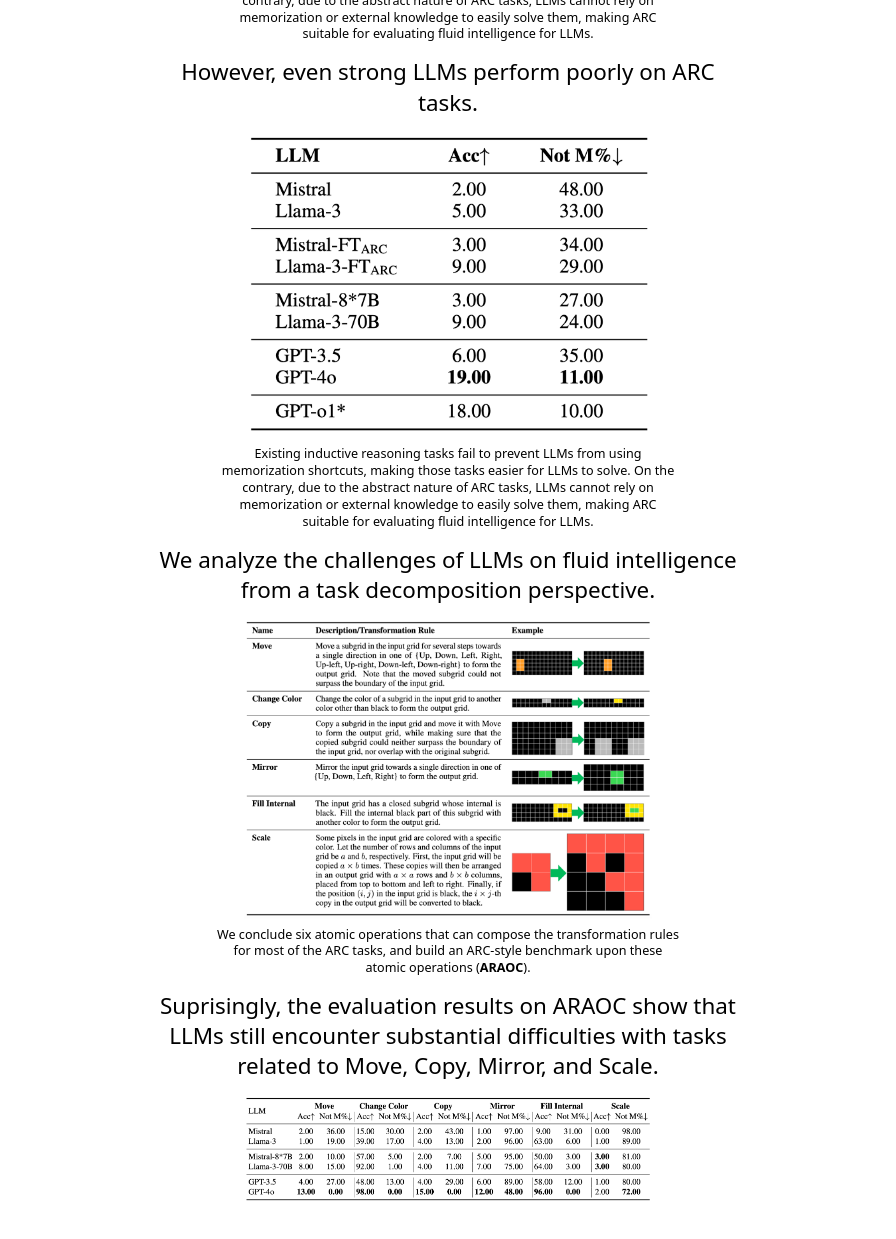
Repository: wujunjie1998/araoc-benchmark.github.io
Page: index.html
An editor plug-in stored every save of this project. The page is shown before and after the next save, followed by the edit.
The browser window is 1280 px wide. The pictures show the part of the page from y = 1197 to 3117 px (the page is 2967 px tall before and 3117 px after), at 70% of full size.

Above is the page before, as saved 2025-02-07 22:24:17.

### index.html
<html>
  <head>
    <title>
      Understanding LLMs’ Fluid Intelligence Deficiency: An Analysis of the ARC Task
    </title>
    <link
      rel="icon"
      href="data:[embedded picture, 137 characters]"
    />
    <meta charset="UTF-8" />
    <meta name="viewport" content="width=device-width, initial-scale=1" />
    <link rel="stylesheet" href="./css/index.css" />
  </head>

  <body>
    <div class="header">
      <div class="paper-title">
        Understanding LLMs’ Fluid Intelligence Deficiency:
        <br />
        An Analysis of the ARC Task
      </div>
      <div>
        <!-- * Paper -->
        <span class="link-block">
          <a target="_blank" href="./paper.pdf"
            ><img
              class="badge"
              src="https://img.shields.io/badge/Paper-PDF-red?&labelColor=lightgray&logo=arxiv&logoColor=brown" /><img
          /></a>
        </span>
        <!-- * Dataset -->
        <!--
        <span class="link-block">
          <a
            target="_blank"
            href="https://huggingface.co/datasets/ShunchiZhang/PhysiCo/"
            ><img
              class="badge"
              src="https://img.shields.io/badge/HuggingFace-Dataset-yellow?labelColor=lightgray&logo=huggingface" /><img
          /></a>
        </span>
        -->

        <!-- * Code -->
         <!--
        <span class="link-block">
          <a target="_blank" href="https://github.com/physico-benchmark/physico"
            ><img
              class="badge"
              src="https://img.shields.io/badge/GitHub-Code-gray?labelColor=lightgray&logo=github&logoColor=gray" /><img /></a
        ></span>
        -->
        <!-- * Leaderboard -->
        <!--
        <span class="link-block">
          <a href="./leaderboard.html"
            ><img
              class="badge"
              src="https://img.shields.io/badge/Leaderboard-Visit-blue?labelColor=lightgray&logo=stackblitz&logoColor=367BAF" /><img /></a
        ></span>
        -->
        <!-- * X Threads -->
        <!--
        <span class="link-block">
          <a href="https://x.com/jieeijjie/status/1876713099752861782"
            ><img
              class="badge"
              src="https://img.shields.io/badge/Threads-black?labelColor=lightgray&logo=x&logoColor=gray" /><img /></a
        ></span>
        -->

      </div>
      <div>
        <div class="author-list">
          <span class="author-block"
            ><a href="https://wujunjie1998.github.io/">Junjie Wu</a
            ><sup>1</sup></span
          >
          <span class="author-block"
            ><a href="https://sites.google.com/site/moyunlp/">Mo Yu</a
            ><sup>2</sup></span
          >
          <span class="author-block"
            ><a href="https://lemaoliu.github.io">Lemao Liu</a
            ><sup>2</sup></span
          >
          <span class="author-block"
            ><a href="https://sites.google.com/view/dyyeung">Dit-Yan Yeung</a
            ><sup>1</sup></span
          >
          <span class="author-block"
            ><a href="https://openreview.net/profile?id=~Jie_Zhou8">Jie Zhou</a
            ><sup>2</sup></span
          >
        </div>
        <div class="inst-list">
          <span class="institution-block"><sup>1</sup> Hong Kong University of Science and Technology</span>
          <span class="institution-block"><sup>2</sup> WeChat AI</span>
        </div>
      </div>
    </div>
    <!--
    <div class="teaser">
      <center>
        <img src="./img/teaser.png" />
        <figcaption>
          Illustration of a "Stochastic Parrot 🦜" by our
          <span class="dataset-name">PhysiCo</span> task consisting of both
          <b style="color: #a47b48">low-level</b> and
          <b style="color: #153cf9">high-level</b> subtasks in parallel. For a
          concept <i>Gravity</i>, an LLM can generate its accurate description
          in natural language, but cannot interpret its grid-format
          illustration.
        </figcaption>
      </center>
    </div>
  -->
    <hr />

    <!-- ^ Summary of Our Research -->
    <center><h1>Summary of Our Research</h1></center>
    <div class="content">
      <!-- <p style="font-size: large; text-align: center">
        <b>TL;DR:</b>
      </p> -->
      <p>
        While LLMs have exhibited strong performance on various NLP tasks, it is noteworthy that most of these tasks rely on utilizing the vast amount of knowledge encoded in LLMs’ parameters, rather than solving new problems without prior knowledge. In cognitive research, the latter ability is referred to as <strong>fluid intelligence</strong>, which is considered to be critical for assessing human intelligence. Recent research on fluid intelligence assessments has highlighted significant deficiencies in LLMs’ abilities. In this paper, we analyze the challenges LLMs face in demonstrating fluid intelligence through controlled experiments, using the most representative ARC task as an example. Our study revealed three major limitations in existing LLMs:
      </p>
      <ol>
        <li>limited ability for skill composition;</li>
        <li>
          unfamiliarity with abstract input formats;
        </li>
        <li>
          the intrinsic deficiency of left-to-right decoding.
        </li>
      </ol>
    </div>


    <!-- ^ Our Studies and Findings -->
    <center><h1>The Abstraction and Reasoning Challenge (ARC) is suitable for evaluating fluid intelligence for LLMs.</h1></center>
    <div class="content">
      <!-- <p>Foo Bar</p> -->
      <center>
        <img src="./img/fluid1.png" width="70%" />
        <figcaption style="text-align: center">
          Existing inductive reasoning tasks fail to prevent LLMs from using memorization shortcuts, making those tasks easier for LLMs to solve. On the contrary, due to the abstract nature of ARC tasks, LLMs cannot rely on memorization or external knowledge to easily solve them, making ARC suitable for evaluating fluid intelligence for LLMs.
        </figcaption>
      </center>
    </div>


    <!-- ^ Our Studies and Findings -->
    <center><h1>However, even strong LLMs perform poorly on ARC tasks.</h1></center>
    <div class="content">
      <!-- <p>Foo Bar</p> -->
      <center>
        <img src="./img/fluid2.png" width="70%" />
        <figcaption style="text-align: center">
          Existing inductive reasoning tasks fail to prevent LLMs from using memorization shortcuts, making those tasks easier for LLMs to solve. On the contrary, due to the abstract nature of ARC tasks, LLMs cannot rely on memorization or external knowledge to easily solve them, making ARC suitable for evaluating fluid intelligence for LLMs.
        </figcaption>
      </center>
    </div>

    <!-- ^ Our Studies and Findings -->
    <center><h1>We analyze the challenges of LLMs on fluid intelligence from a task decomposition perspective. </h1></center>
    <div class="content">
      <!-- <p>Foo Bar</p> -->
      <center>
        <img src="./img/fluid3.png" width="70%" />
        <figcaption style="text-align: center">
          We conclude six atomic operations that can compose the transformation rules for most of the ARC tasks, and build an ARC-style benchmark upon these atomic operations (<strong>ARAOC</strong>).
        </figcaption>
      </center>
    </div>

    <!-- ^ Our Studies and Findings -->
    <center><h1>Suprisingly, the evaluation results on ARAOC show that LLMs still encounter substantial difficulties with tasks related to Move, Copy, Mirror, and Scale.</h1></center>
    <div class="content">
      <!-- <p>Foo Bar</p> -->
      <center>
        <img src="./img/fluid4.png" width="70%" />
        <!--
        <figcaption style="text-align: center">

        </figcaption>
      </center>
    -->
    </div>

  </body>
</html>

### css/index.css
@import url("https://fonts.googleapis.com/css2?family=Noto+Sans:ital,wght@0,100..900;1,100..900&display=swap");

body {
  font-family: "Noto Sans", sans-serif;
  font-optical-sizing: auto;
  font-style: normal;
  font-variation-settings: "wdth" 100;
  font-weight: 400;
  font-size: 18px;
  margin: 50px auto;
  width: 65%;
}

div.header,
div.teaser,
div.content {
  margin-left: auto;
  margin-right: auto;
}

div.narrower {
  width: 80% !important;
}

div.header div {
  margin: 6px;
  text-align: center;
}

div.teaser img {
  max-width: 60%;
}

.paper-title {
  font-size: 36px;
}

.author-block {
  font-size: 20px;
  margin: 0px 12px;
}

.institution-block {
  font-size: 16px;
  margin: 0px 10px;
}

.note-block {
  color: gray;
  font-size: 16px;
}

.link-block {
  font-size: 24px;
  font-weight: bold;
  margin: 0px 5px;
}

.badge {
  width: auto;
  height: 2vw;
}

.dataset-name {
  font-weight: bold;
  color: #81a526;
}

h1 {
  font-size: 32px;
  font-weight: 300;
}

.disclaimerbox {
  background-color: #eee;
  border: 1px solid #eeeeee;
  border-radius: 10px;
  -moz-border-radius: 10px;
  -webkit-border-radius: 10px;
  padding: 20px;
}

video.header-vid {
  height: 140px;
  border: 1px solid black;
  border-radius: 10px;
  -moz-border-radius: 10px;
  -webkit-border-radius: 10px;
}

figcaption {
  margin: 10px 0px;
  width: 80%;
  text-align: left;
}

img.header-img {
  height: 140px;
  border: 1px solid black;
  border-radius: 10px;
  -moz-border-radius: 10px;
  -webkit-border-radius: 10px;
}

img.rounded {
  border: 1px solid #eeeeee;
  border-radius: 10px;
  -moz-border-radius: 10px;
  -webkit-border-radius: 10px;
}

a:link,
a:visited {
  color: #1367a7;
  text-decoration: none;
}
a:hover {
  color: #208799;
}

td.dl-link {
  height: 160px;
  text-align: center;
  font-size: 22px;
}

.vert-cent {
  position: relative;
  top: 50%;
  transform: translateY(-50%);
}

hr {
  border: 0;
  height: 1px;
  background-image: linear-gradient(
    to right,
    rgba(0, 0, 0, 0),
    rgba(0, 0, 0, 0.75),
    rgba(0, 0, 0, 0)
  );
}

.citation {
  text-align: left;
  font-family: monospace;
  font-size: 8pt;
  text-wrap: auto;
}

@media screen and (max-width: 1120px) {
  body {
    font-size: 16px;
    width: 90%;
  }
  div.teaser img {
    max-width: 100%;
  }
  .paper-title {
    font-size: 26px;
  }
  .author-block,
  .institution-block,
  .note-block {
    font-size: 14px;
  }
  .link-block {
    font-size: 20px;
  }
  .badge {
    width: auto;
    height: 28px;
    margin-top: 3px;
    margin-bottom: 3px;
  }
  h1 {
    font-size: 26px;
  }
}

After the next save:
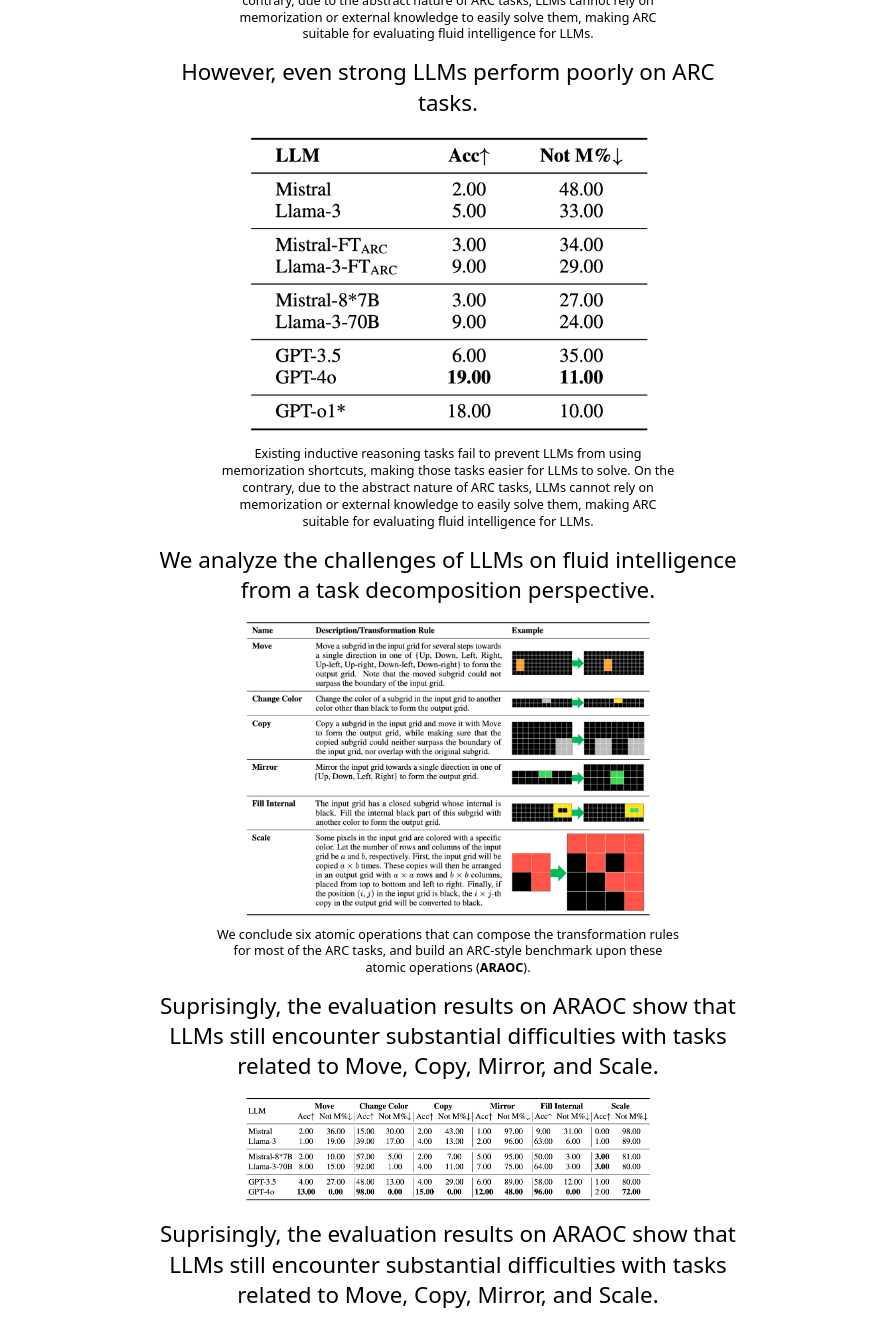
Saved 15 min 27 s later.
--- a/index.html
+++ b/index.html
@@ -189,5 +189,8 @@
     -->
     </div>
 
+    <center><h1>Suprisingly, the evaluation results on ARAOC show that LLMs still encounter substantial difficulties with tasks related to Move, Copy, Mirror, and Scale.</h1></center>
+    <div class="content">
+
   </body>
 </html>
